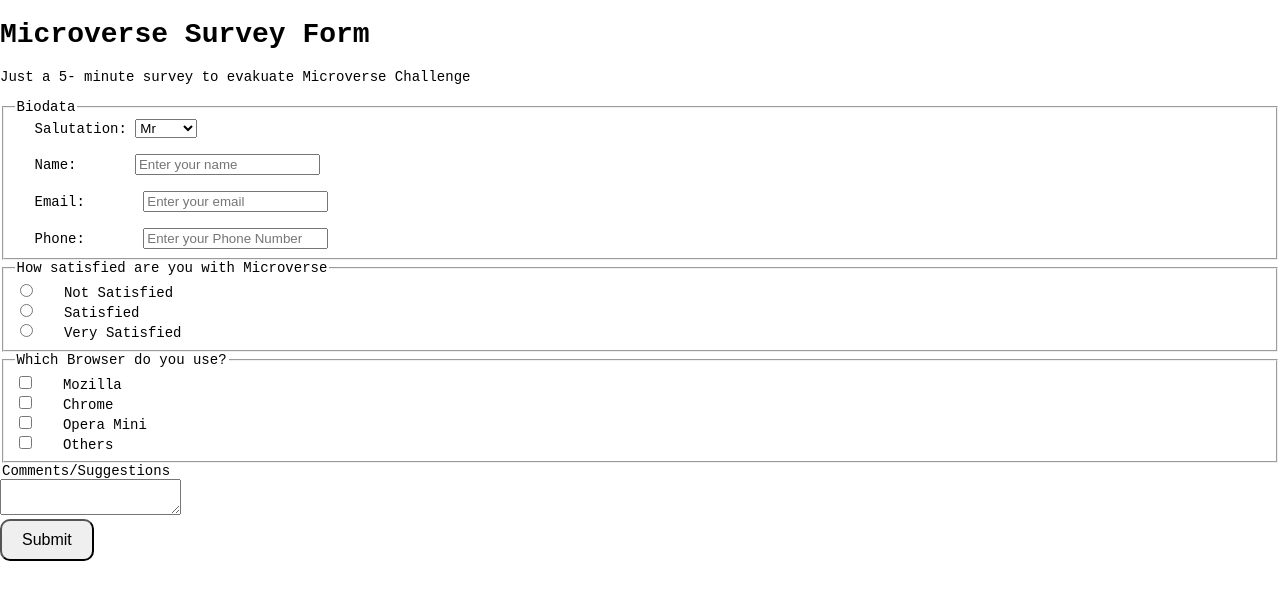
Repository: ahmedmeshref/Microverse-project
Page: index.html
An editor plug-in stored every save of this project. The page is shown before and after the next save, followed by the edit.
The browser window is 1280 px wide. The pictures show the whole page.

Above is the page before, as saved 2019-03-29 16:20:11.

After the next save:
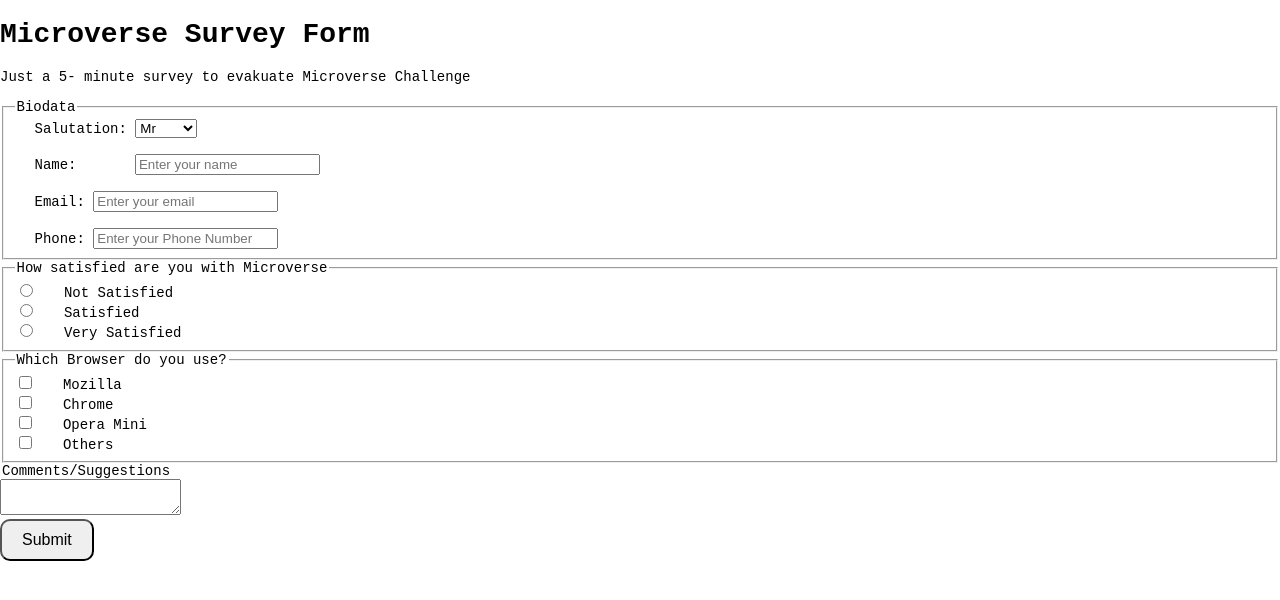
Saved 42 s later.
--- a/css/style.css
+++ b/css/style.css
@@ -10,9 +10,7 @@
     margin: 5px;
 }
 
-#name-label,
-#email-label,
-#phone-label {
+#name-label {
     margin-right: 50px;
 }
 
